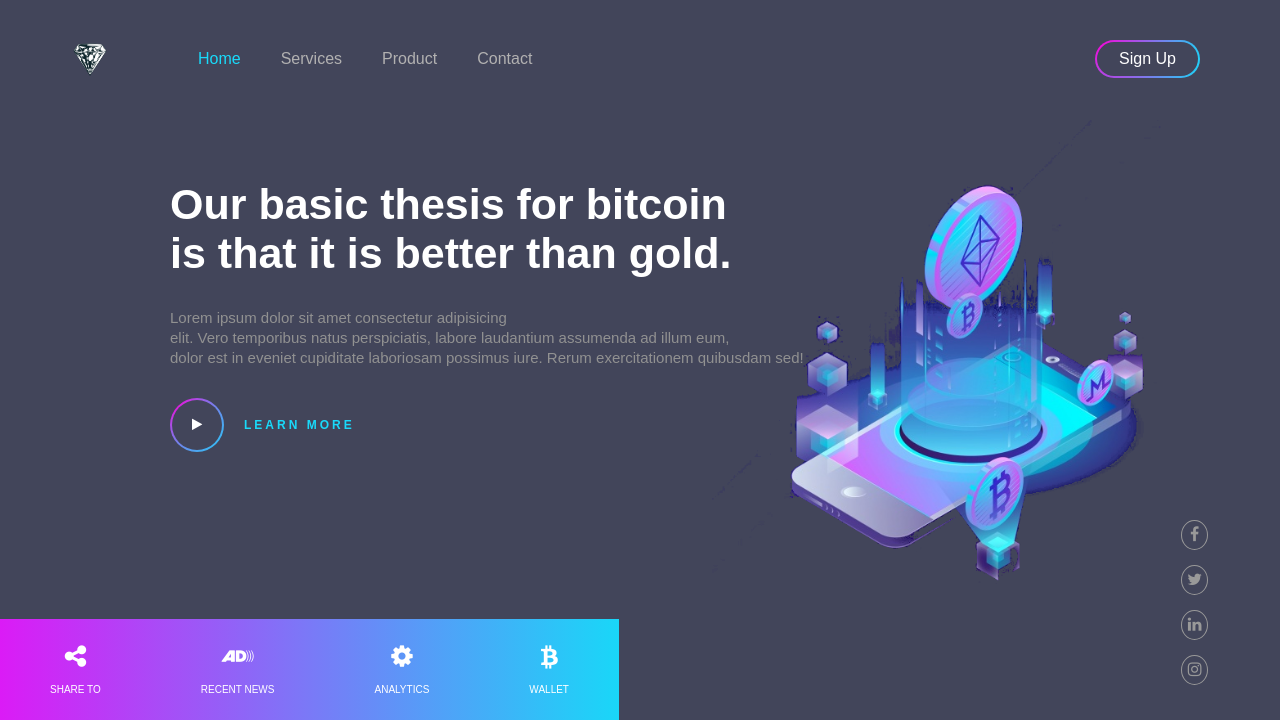
Repository: Aakarshit-Sharma19/Basic-HTML-and-CSS-Page-
Page: index.html
The author's editor kept a copy of each file at every save. The page is drawn from the files as they stood at one save, then again after the next save.
The browser window is 1280 px wide. The pictures show the whole page.
The first visible `.signup-btn` is being pressed.

Above is the page before, as saved 2020-11-10 17:25:17.

### index.html
<!DOCTYPE html>
<html lang="en">

<head>
    <title>Crypto Currency Web App - Easy Tutorials</title>
    <link rel="stylesheet" href="style.css">
    <link rel="stylesheet" href="https://stackpath.bootstrapcdn.com/font-awesome/4.7.0/css/font-awesome.min.css">
</head>

<body>
    <!-- container -->
    <div class="container">

        <!-- menu -->
        <div class="menu">
            <ul>
                <li class="logo"><img src="1349.png" alt="diamond"></li>
                <li class="active">Home</li>
                <li>Services</li>
                <li>Product</li>
                <li>Contact</li>
                <li><a href="#" class="signup-btn"><span>Sign Up</span></a></li>
            </ul>
        </div>

        <!-- banner -->
        <div class="banner">

            <!-- App text -->
            <div class="app-text">
                <h1>Our basic thesis for bitcoin <br> is that it is better than gold.</h1>
                <p>Lorem ipsum dolor sit amet consectetur adipisicing <br>elit. Vero temporibus natus perspiciatis,
                    labore
                    laudantium assumenda ad illum eum,<br>  dolor est in eveniet cupiditate laboriosam possimus iure.
                    Rerum
                    exercitationem quibusdam sed!</p>
                <div class="play-btn">
                    <div class="play-btn-inner"><i class="fa fa-play" aria-hidden="true"></i>
                    </div>
                    <small><b>LEARN MORE</b></small>
                </div>
            </div>

            <!-- App picture -->
            <div class="app-picture">
                <img src="background.png" alt="">
            </div>
        </div>

        <!-- Quick Links -->
        <div class="quick-links">
            <ul>
                <li>
                    <i class="fa fa-share-alt" aria-hidden="true"></i><p>SHARE TO</p>
                </li>
                <li>
                   <i class="fa fa-audio-description" aria-hidden="true"></i><p>RECENT NEWS</p>
                </li>
                <li>
                    <i class="fa fa-cog" aria-hidden="true"></i><p>ANALYTICS</p>
                </li>
                <li>
                    <i class="fa fa-btc" aria-hidden="true"></i><p>WALLET</p>
                </li>
            </ul>

        </div>

        <!-- Social Icons -->
        <div class="social-icons">
            <ul>
                <li><a href="#"><i class="fa fa-facebook" aria-hidden="true"></i></a></li>
                <li><a href="#"><i class="fa fa-twitter" aria-hidden="true"></i></a></li>
                <li><a href="#"><i class="fa fa-linkedin" aria-hidden="true"></i></a></li>
                <li><a href="#"><i class="fa fa-instagram" aria-hidden="true"></i></a></li>
            </ul>
        </div>
    </div>
</body>

</html>

### style.css
* {
    margin: 0;
    padding: 0;
    font-family: sans-serif;
}

body{
    background: #42455a;
}
.container{
    width: 100%;
    height: 100%;
}

.menu ul{
    display: inline-flex;
    margin: 50px;
}

.menu ul li{
    list-style: none;
    margin: 0 20px;
    color: #b2b1b1;
    cursor: pointer;
}
.menu ul li:hover{
    color: aliceblue;
}
.logo img{
    width: 40px;
    margin-top: -12px;
    margin-right: 48px;
}

.active{
    color: #19dafa!important;
}

.signup-btn{
    top: 40px;
    right: 80px;
    position: absolute;
    text-decoration: none;
    color: #fff;
    border: 2px solid transparent;
    border-radius: 20px;
    background-image: linear-gradient(#42455a, #42455a), radial-gradient(circle at top left, #fd00da, #19d7f8);
    background-origin: border-box;
    background-clip: content-box,border-box;
}

.signup-btn:active{
    background-color: #19dafa!important;
}

.signup-btn span{
    display: block;
    padding: 8px 22px;
}

.banner{
    width: 80%;
    height: 70%;
    top: 25%;
    left: 130px;
    position: absolute;
    color: #fff;
}

.app-text{
    width: 50%;
    float: left;
}

.app-text h1{
    font-size: 43px;
    width: 640px;
    position: relative;
    margin-left: 40px;
}

.app-text p{
    font-size: 15px;
    width: 650px;
    margin: 30px 0 30px 40px;
    line-height: 20px;
    color: #919191;
}

.app-picture{
    width: 50%;
    float: right;
}

.app-picture img{
    width: 100%;
    margin-top: -60px;
    padding-left: 70px;
}

.play-btn{
    margin-left: 40px;
    display: inline-flex;
}

.play-btn-inner{
    height: 50px;
    width: 50px;
    border: 2px solid transparent;
    border-radius: 50%;
    background-image: linear-gradient(#42455a, #42455a), radial-gradient(circle at top left, #fd00da, #19d7f8);
    background-origin: border-box;
    background-clip: content-box,border-box;
    text-align: center;
}
.play-btn-inner .fa{
    padding: 18px 0px;
    font-size: 13px;
    cursor: pointer;
}

small{
    margin: auto 20px;
    cursor: pointer;
    font-size: 12px;
    color: #19dafa;
    letter-spacing: 3px;
}

.quick-links{
    left: 0;
    bottom: 0;
    position: absolute;
    background: linear-gradient(to right, #db1bf6, #19d7f8);
}
.quick-links ul{
    display: inline-flex;
    margin: 25px auto;
    text-align: center;
}
.quick-links ul li{
    list-style: none;
    margin: 0 50px;
    cursor: pointer;
}
.quick-links ul li .fa{
    font-size: 25px;
    color: white;
}

.quick-links ul li p{
    margin-top: 15px;
    font-size: 10px;
    color: white;
}

.social-icons{
    right: 72px;
    bottom: 35px;
    position: absolute;
}

.social-icons ul li{
    list-style: none;
    margin-top: 15px;
    text-align: center;
}

.social-icons ul li a{
    color: #999;
    border-radius: 50%;
    border: 1px solid #999;
    padding: 5px;
    display: block;
}

After the next save:
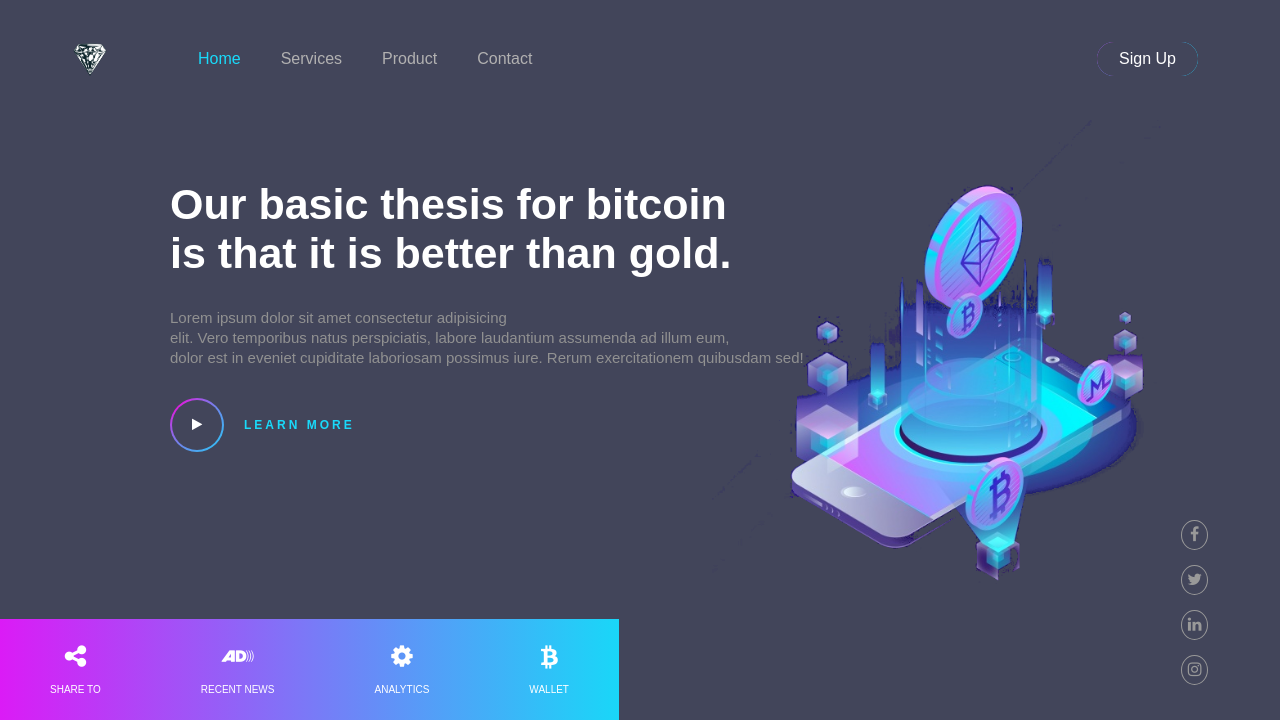
Saved 28 s later.
--- a/style.css
+++ b/style.css
@@ -51,6 +51,7 @@ body{
 
 .signup-btn:active{
     background-color: #19dafa!important;
+    background-clip: content-box;
 }
 
 .signup-btn span{
